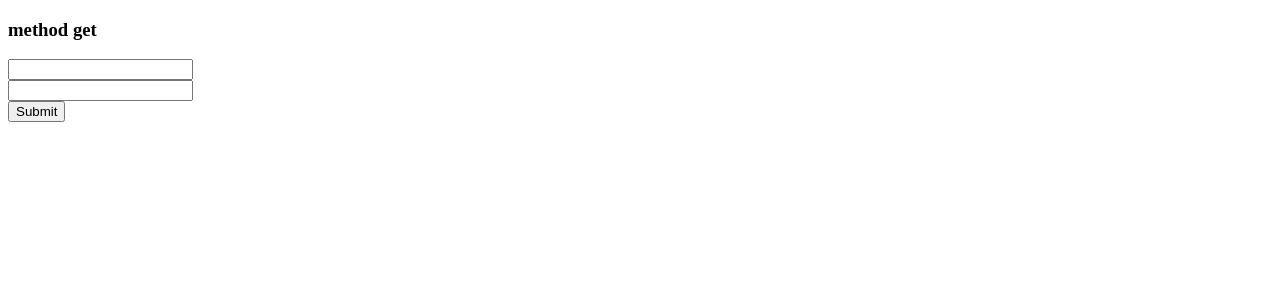
Repository: KimJaeHwan98/tomcat01
Page: http://localhost/2_get_post/get_post/form.jsp
These files come from the project's save history. The page is drawn as it stood at one moment and after the next save; the edit follows.
The browser window is 1280 px wide. The pictures show the whole page.
The page is served by Tomcat 9.

Above is the page before, as saved 2024-04-29 02:35:47.

After the next save:
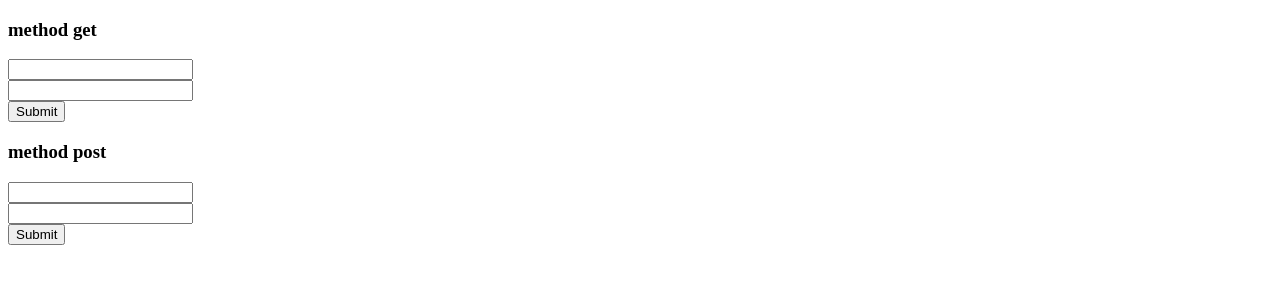
Saved 106 s later.
--- a/2_get_post/src/main/webapp/get_post/form.jsp
+++ b/2_get_post/src/main/webapp/get_post/form.jsp
@@ -8,7 +8,14 @@
 </head>
 <body>
 <h3>method get</h3>
-<form action="" method="get">
+<form action="get.jsp" method="get">
+<input type="text" name="id"><br>
+<input type="text" name="pwd"><br>
+<input type="submit" name="submit"><br>
+</form>
+
+<h3>method post</h3>
+<form action="/2_get_post/get_post/post.jsp" method="post">
 <input type="text" name="id"><br>
 <input type="text" name="pwd"><br>
 <input type="submit" name="submit"><br>
